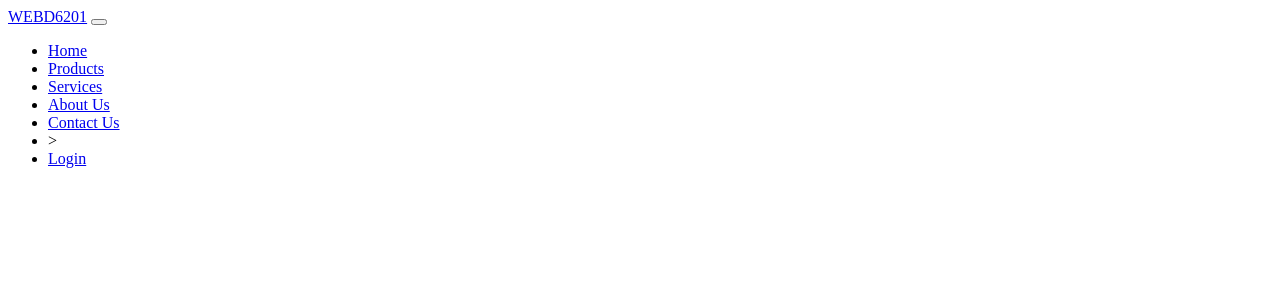
Repository: soumyann/soumyann11.github.io
Page: header.html
An editor plug-in stored every save of this project. The page is shown before and after the next save, followed by the edit.
The browser window is 1280 px wide. The pictures show the whole page.

Above is the page before, as saved 2022-02-27 13:53:31.

After the next save:
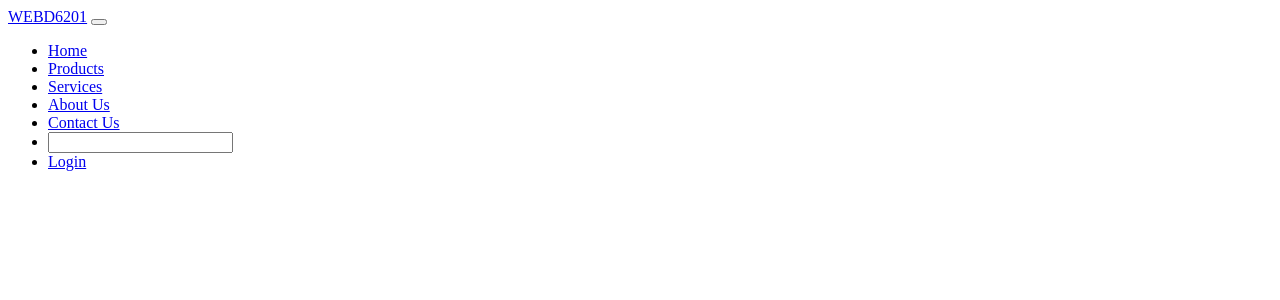
Saved 98 s later.
--- a/header.html
+++ b/header.html
@@ -23,7 +23,7 @@
           <a class="nav-link" href="contact.html"><i class="fas fa-envelope"></i> Contact Us</a>
         </li>
         <li class="nav-item">
-          <label id="loginUser" class="nav-link"></label>>
+          <input type="text" id="loginUser" class="nav-link" />
         </li>
         <li id="login" class="nav-item">
           <a class="nav-link" href="login.html"><i class="fas fa-sign-in-alt"></i> Login</a>

After the save that followed:
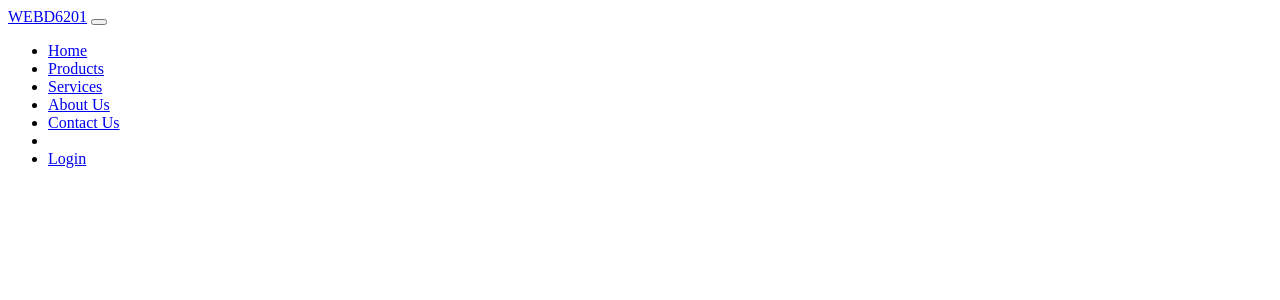
Saved 3 min 35 s later.
--- a/header.html
+++ b/header.html
@@ -23,7 +23,7 @@
           <a class="nav-link" href="contact.html"><i class="fas fa-envelope"></i> Contact Us</a>
         </li>
         <li class="nav-item">
-          <input type="text" id="loginUser" class="nav-link" />
+          <label id="loginUser" class="nav-link"></label>
         </li>
         <li id="login" class="nav-item">
           <a class="nav-link" href="login.html"><i class="fas fa-sign-in-alt"></i> Login</a>
